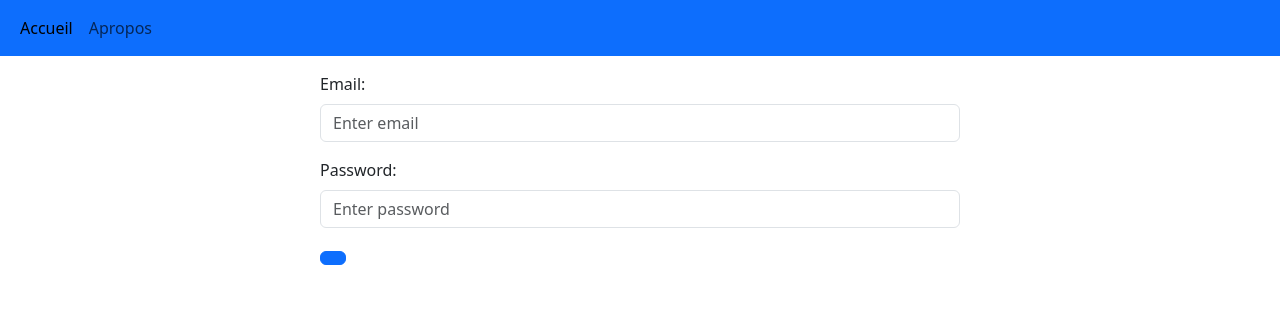
Repository: SKB-TECH/MinProject
Page: IHM/index.html
These files come from the project's save history. The page is drawn as it stood at one moment and after a run of saves; the edit follows.
The browser window is 1280 px wide. The pictures show the whole page.
Some web libraries are served in a nearby version.

Above is the page before, as saved 2022-09-29 14:59:18.

### IHM/index.html
<!DOCTYPE html>
<html lang="en">
<head>
    <meta charset="UTF-8">
    <meta http-equiv="X-UA-Compatible" content="IE=edge">
    <meta name="viewport" content="width=device-width, initial-scale=1.0">
    <link rel="stylesheet" href="../node_modules/bootstrap/dist/css/bootstrap.min.css">
    <title>NoteApp</title>
</head>
<body>
        <header>
            <nav class="navbar navbar-expand-sm bg-primary navbar-success">
                <div class="container-fluid">
                  <ul class="navbar-nav">
                    <li class="nav-item">
                      <a class="nav-link active" href="#">Accueil</a>
                    </li>
                   <li class="nav-item">
                      <a class="nav-link" href="#">Apropos</a>
                    </li>
                  </ul>
                </div>
              </nav>
        </header>
        <div style="width:50%; margin:auto;">

        <form action="/action_page.php">
            <div class="mb-3 mt-3">
              <label for="email" class="form-label">Email:</label>
              <input type="email" class="form-control" id="email" placeholder="Enter email" name="email">
            </div>
            <div class="mb-3">
              <label for="pwd" class="form-label">Password:</label>
              <input type="password" class="form-control" id="pwd" placeholder="Enter password" name="pswd">
            </div>
            <button type="submit" class="btn btn-primary width:100%"></button>
          </form>
        </div>
</body>
</html>

After the next 2 saves:
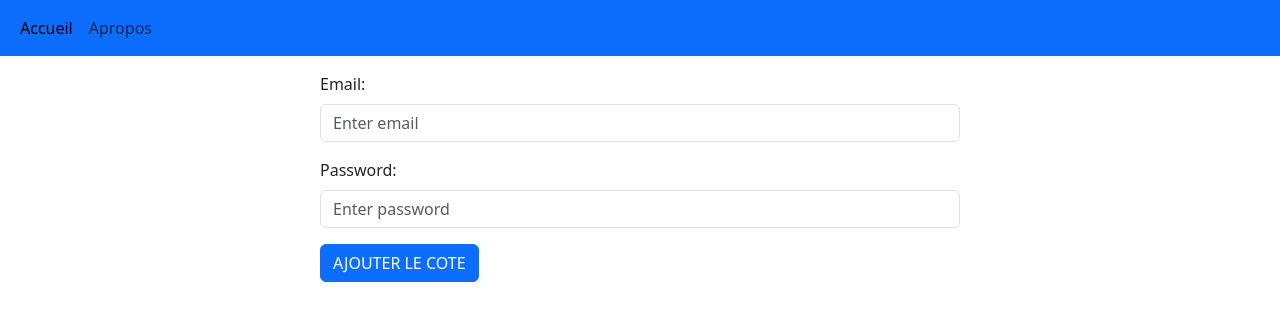
The 2 saves are shown as one change because they came seconds apart.
The last was saved 9 s later.
--- a/IHM/index.html
+++ b/IHM/index.html
@@ -33,7 +33,7 @@
               <label for="pwd" class="form-label">Password:</label>
               <input type="password" class="form-control" id="pwd" placeholder="Enter password" name="pswd">
             </div>
-            <button type="submit" class="btn btn-primary width:100%"></button>
+            <button type="submit" class="btn btn-primary width:100%">AJOUTER LE COTE</button>
           </form>
         </div>
 </body>
